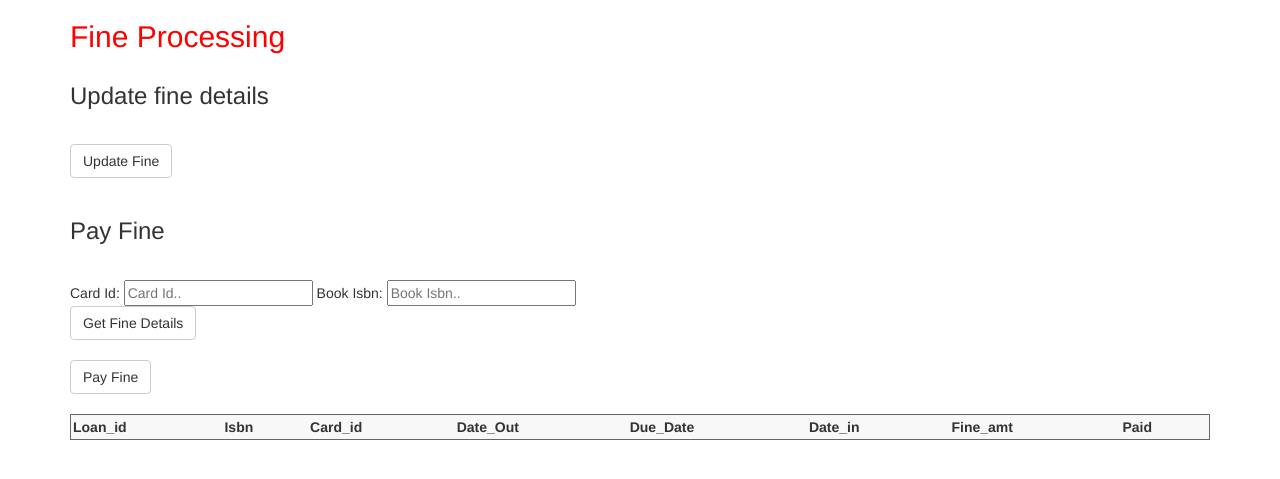
Repository: ApurvaMithal/LibraryManagementSystem
Page: http://localhost/LibraryManagementSystem/Fines.jsp
These files come from the project's save history. The page is drawn as it stood at one moment and after the next save; the edit follows.
The browser window is 1280 px wide. The pictures show the whole page.
Some web fonts or font styles are not loaded; a fallback is used. The page is served by Tomcat 9. Other server files are loaded and not shown.

Above is the page before, as saved 2018-03-01 04:18:33.

### eclipse/LibraryManagementSystem/WebContent/Fines.jsp
<%@ page language="java" contentType="text/html; charset=ISO-8859-1"
	pageEncoding="ISO-8859-1"%>
    <!DOCTYPE html PUBLIC "-//W3C//DTD HTML 4.01 Transitional//EN" "http://www.w3.org/TR/html4/loose.dtd">
    <html>

    <head>
        <title>Fine Processing</title>
        <link rel="stylesheet" href="css/bootstrap.min.css">
        <link rel="stylesheet" href="https://cdnjs.cloudflare.com/ajax/libs/font-awesome/4.7.0/css/font-awesome.min.css">
        <link href='http://fonts.googleapis.com/css?family=Oxygen' rel='stylesheet' type='text/css'>
        <script src="js/jquery.min.js"></script>
        <script src="js/bootstrap.min.js"></script>

		<style>
            table {
                border: 1px solid #666;
                width: 100%;
            }

            th {
                background: #f8f8f8;
                font-weight: bold;
                padding: 2px;
            }
        </style>

        <script>
            jQuery(window).ready(function() {

                $("#fineUpdateBtn").click(function(event) {

                    jQuery.ajax({
                        url: "FineUpdateServlet",
                        type: "get",
                        dataType: "json",
                        data: {
                        },
                        success: function(data) {
                            // since we are using jQuery, you don't need to parse response

                            if(data[0].flag == 1){
                                alert("Successful update");
                            }

                          //  drawTable(data);
                        }
                    });

                });
                jQuery(window).ready(function() {

                    $("#getFineBtn").click(function(event) {

                        var cardID = $('#cardId').val();
                        var isbn = $('#isbn').val();
                        jQuery.ajax({
                            url: "GetFineServlet",
                            type: "get",
                            dataType: "json",
                            data: {
                                cardId: cardID,
                                isbn: isbn

                            },
                            success: function(data) {
                                // since we are using jQuery, you don't need to parse response

                                drawTable(data);

                                 }
                        });

                    });

                    function drawTable(data) {
                    	  $("#fineDetails").find("tr:not(:first)").remove();
                        for (var i = 0; i < data.length; i++) {
                            drawRow(data[i]);
                        }
                    }

                    function drawRow(rowData) {
                        var row = $("<tr />");
                        $("#fineDetails").append(row); //this will append tr element to table... keep its reference for a while since we will add cels into it
                        row.append($("<td>" + rowData.loan_id + "</td>"));
                        row.append($("<td>" + rowData.isbn+ "</td>"));
                        row.append($("<td>" + rowData.card_id + "</td>"));
                        row.append($("<td>" + rowData.date_out + "</td>"));
                        row.append($("<td>" + rowData.due_date + "</td>"));
                        row.append($("<td>" + rowData.date_in + "</td>"));
                        row.append($("<td>" + rowData.fine_amt + "</td>"));
                        row.append($("<td>" + rowData.paid + "</td>"));

                    }
                });

            });
        </script>



    </head>

    <body>

        <div class="container">
            <h2>
                <font color="red">Fine Processing</font>
            </h2>
            <div class="fineUpdate">
                <label for="fineUpdate"><h3>Update fine details</h3></label></br></br>
             </div>
            <button type="Submit" class="btn btn-default" id="fineUpdateBtn">Update Fine</button>
			</br></br>

			<div class="finePayment">
                <label for="finePayment"><h3>Pay Fine</h3></label></br></br>
                Card Id:    <input type="text" id="cardId" placeholder="Card Id.." name="cardId">
                Book Isbn:  <input type="text" id="isbn" placeholder="Book Isbn.." name="bookIsbn"></br>
                <button type="Submit" class="btn btn-default" id="getFineBtn">Get Fine Details</button>

            </div>
			</br>
            <button type="Submit" class="btn btn-default" id="finePaymentBtn">Pay Fine</button>
			</br></br>

            <table id="fineDetails">
            <tr>
                <th>Loan_id</th>
                <th>Isbn</th>
                <th>Card_id</th>
                <th>Date_Out</th>
                <th>Due_Date</th>
                <th>Date_in</th>
                <th>Fine_amt</th>
                <th>Paid</th>
            </tr>

         </table>

        </div>


    </body>

    </html>

Loaded but not shown: eclipse/LibraryManagementSystem/WebContent/css/bootstrap.min.css (library); eclipse/LibraryManagementSystem/WebContent/js/jquery.min.js (library); eclipse/LibraryManagementSystem/WebContent/js/bootstrap.min.js (library)

After the next save:
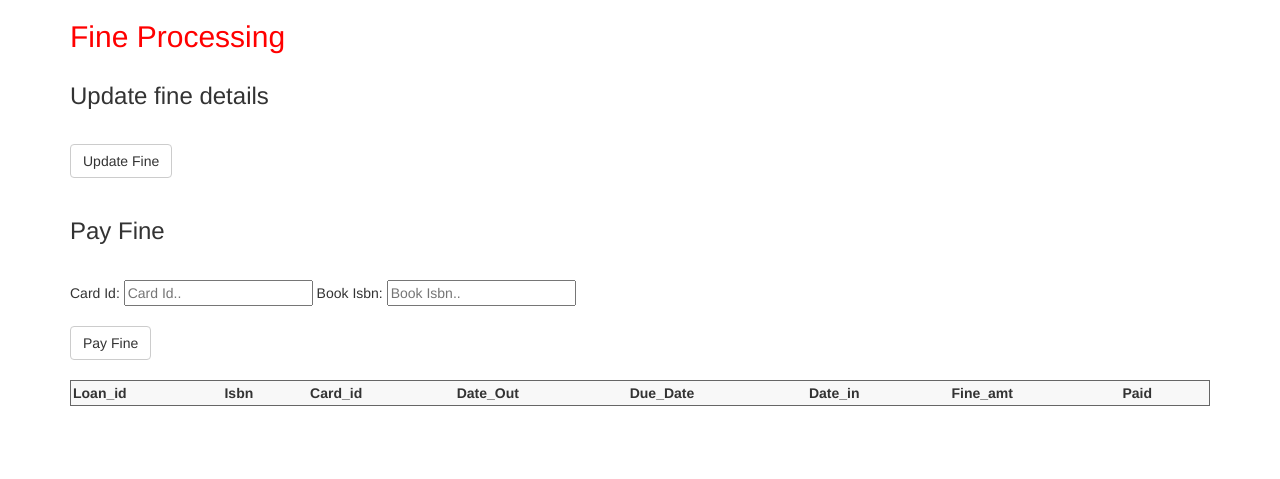
Saved 5 min 22 s later.
--- a/eclipse/LibraryManagementSystem/WebContent/Fines.jsp
+++ b/eclipse/LibraryManagementSystem/WebContent/Fines.jsp
@@ -63,9 +63,38 @@
 
                             },
                             success: function(data) {
-                                // since we are using jQuery, you don't need to parse response
+                                // since we are using jQuery, you don't need to parse
+                                drawTable(data);
+                                $("#bookLoans tr").click(function(event) {
+                              	  var content = this.children.length;
+                              	  var loan_id = this.cells[0].innerHTML;
+                              	  var isbn = this.cells[1].innerHTML;
+                              	  var card_id = this.cells[2].innerHTML;
+                              	  var date_out = this.cells[3].innerHTML;
+                              	  var due_date = this.cells[4].innerHTML;
+                              	  var date_in = this.cells[5].innerHTML;
 
-                                drawTable(data);
+                              	$("#checkInButton2").click(function(event) {
+              					jQuery.ajax({
+                                      url: "CheckInServletUpdate",
+                                      type: "get",
+                                      dataType: "json",
+                                      data: {
+                                          loan_id: loan_id,
+                                          isbn: isbn,
+                                          card_id: card_id,
+                                          date_out: date_out,
+                                          due_date: due_date,
+                                          date_in: date_in
+
+                                      },
+                                      success: function(data) {
+                                          // since we are using jQuery, you don't need to parse response
+                                     		alert("Check In successfull");
+                                      }
+                                  });
+                              	});
+                              });
 
                                  }
                         });
@@ -117,7 +146,6 @@
                 <label for="finePayment"><h3>Pay Fine</h3></label></br></br>
                 Card Id:    <input type="text" id="cardId" placeholder="Card Id.." name="cardId">
                 Book Isbn:  <input type="text" id="isbn" placeholder="Book Isbn.." name="bookIsbn"></br>
-                <button type="Submit" class="btn btn-default" id="getFineBtn">Get Fine Details</button>
 
             </div>
 			</br>
